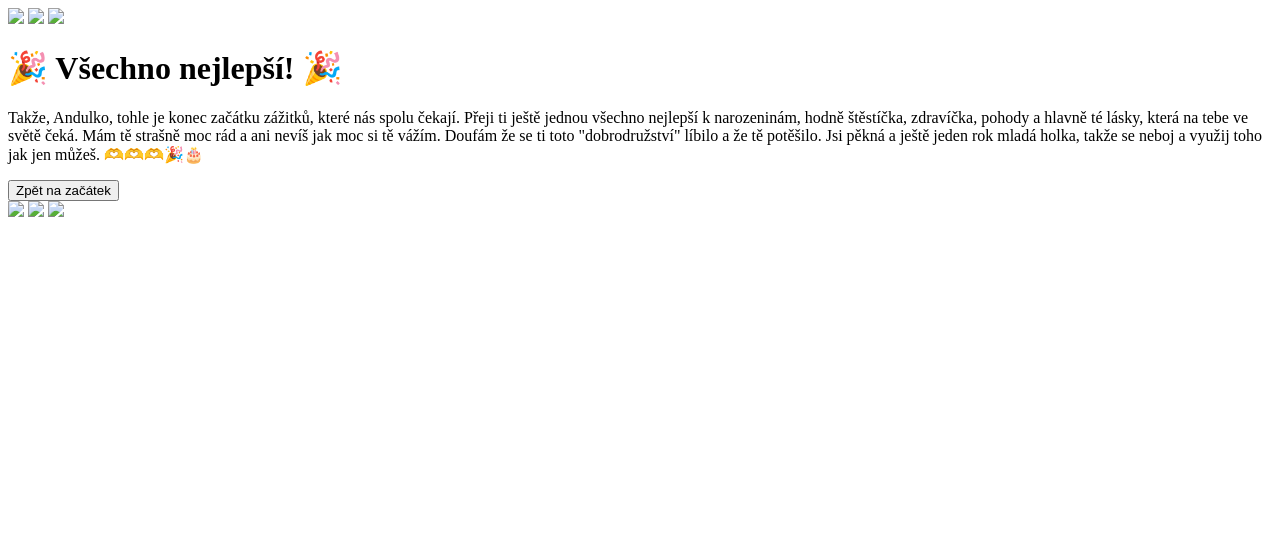
Repository: DanielMicka/darek
Page: html/pranicko.html
An editor plug-in stored every save of this project. The page is shown before and after the next save, followed by the edit.
The browser window is 1280 px wide. The pictures show the whole page.

Above is the page before, as saved 2026-06-13 21:20:02.
Not found: html/foto1.jpg
Not found: html/foto2.jpg
Not found: html/foto3.jpg

### html/pranicko.html
<div class="wish-layout">

    <div class="wish-column left-col">
        <img src="foto1.jpg" class="wish-photo">
        <img src="foto2.jpg" class="wish-photo">
        <img src="foto3.jpg" class="wish-photo">
    </div>

    <div class="wish-center">
        <h1>🎉 Všechno nejlepší! 🎉</h1>

        <p class="wish-text">
        Takže, Andulko, tohle je konec začátku zážitků, které nás spolu čekají. Přeji ti ještě jednou všechno nejlepší k narozeninám, hodně štěstíčka, zdravíčka, pohody a hlavně té lásky, která na tebe ve světě čeká. Mám tě strašně moc rád a ani nevíš jak moc si tě vážím. Doufám že se ti toto "dobrodružství" líbilo a že tě potěšilo. Jsi pěkná a ještě jeden rok mladá holka, takže se neboj a využij toho jak jen můžeš.
        🫶🫶🫶🎉🎂
        </p>

        <button class="btn" onclick="goHome()">Zpět na začátek</button>
    </div>

    <div class="wish-column right-col">
        <img src="foto4.jpg" class="wish-photo">
        <img src="foto5.jpg" class="wish-photo">
        <img src="foto6.jpg" class="wish-photo">
    </div>

</div>

### html/styles.css
/* Reset */
* {
    margin: 0;
    padding: 0;
    box-sizing: border-box;
}

body {
    font-family: "Poppins", sans-serif;
    background: white;
    color: #333;
    display: flex;
    justify-content: center;
    align-items: center;
    min-height: 100vh; /* vždy na střed */
    text-align: center;
    padding: 20px;
}

/* Kontejner pro obsah */
.container {
    max-width: 700px;
    width: 100%;
}

/* Obrázky */
img {
    max-width: 100%;
    height: auto;
}

/* Tlačítko */
.btn {
    margin-top: 35px;
    padding: 15px 35px;
    font-size: 1.2rem;
    border: none;
    border-radius: 30px;
    background: #4aa3ff;
    color: white;
    cursor: pointer;
    transition: 0.3s;
}

.btn:hover {
    background: #1f8bff;
    transform: scale(1.05);
}

/* Nadpisy */
h1 {
    font-size: 2.6rem;
    margin-bottom: 15px;
}

h2 {
    font-size: 2rem;
    margin-bottom: 15px;
}

/* Animace */
@keyframes fadeIn {
    from { opacity: 0; transform: translateY(20px); }
    to   { opacity: 1; transform: translateY(0); }
}

.fade {
    animation: fadeIn 1.2s ease;
}
.cake-wrapper {
    position: relative;
    display: inline-block;
}

.cake {
    width: 350px;
}

/* Všechny svíčky */
.candle {
    position: absolute;
    width: 80px; /* upravíš podle obrázku */
    cursor: pointer;
}
/* Svíčka 1 */
.c1 {
    top: 1%;
    left: 18%;
}

/* Svíčka 2 */
.c2 {
    top: 0%;
    left: 40%;
}

/* Svíčka 3 */
.c3 {
    top: 0.1%;
    left: 58%;
}

/* Svíčka 4 */
.c4 {
    top: 6%;
    left: 30%;
}

/* Svíčka 5 */
.c5 {
    top: 6%;
    left: 50%;
}

After the next save:
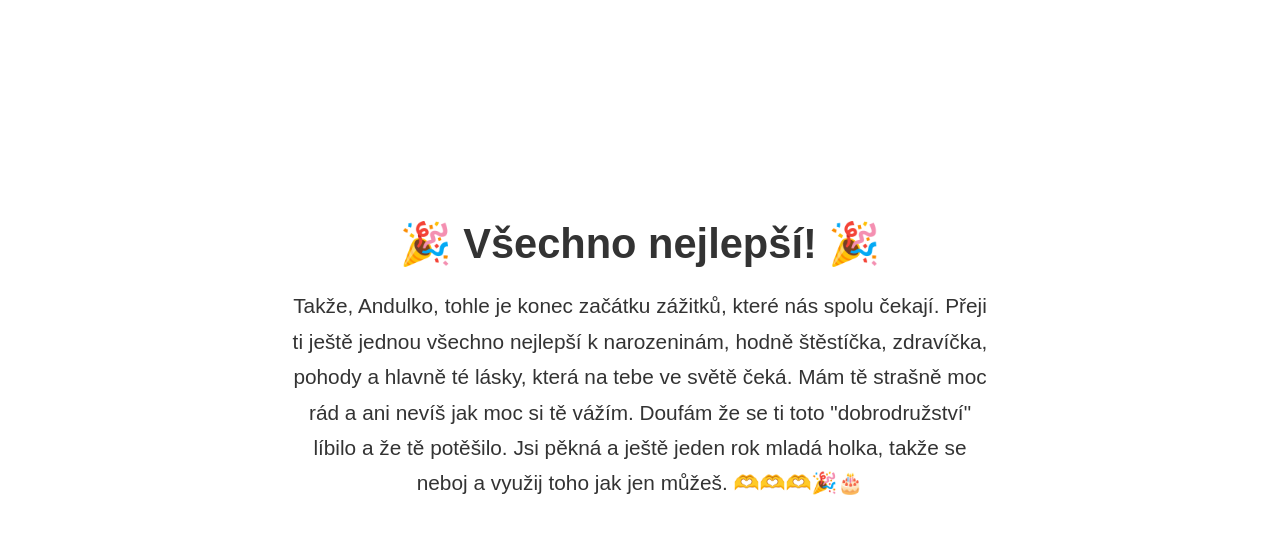
Saved 11 s later.
--- a/html/pranicko.html
+++ b/html/pranicko.html
@@ -1,26 +1,44 @@
-<div class="wish-layout">
+<!DOCTYPE html>
+<html lang="cs">
+<head>
+    <meta charset="UTF-8">
+    <title>Přáníčko 🎁</title>
+    <link rel="stylesheet" href="styles.css">
 
-    <div class="wish-column left-col">
-        <img src="foto1.jpg" class="wish-photo">
-        <img src="foto2.jpg" class="wish-photo">
-        <img src="foto3.jpg" class="wish-photo">
-    </div>
+    <style>
+        .wish-text {
+            font-size: 1.3rem;
+            line-height: 1.7;
+            margin-top: 20px;
+        }
 
-    <div class="wish-center">
-        <h1>🎉 Všechno nejlepší! 🎉</h1>
+        .wish-img {
+            width: 260px;
+            margin-top: 25px;
+            border-radius: 12px;
+        }
+    </style>
+</head>
+<body>
 
-        <p class="wish-text">
+<div class="container fade">
+
+    <h1>🎉 Všechno nejlepší! 🎉</h1>
+
+
+
+
+
+
+
+
+
+
+
+
+
+
+    <p class="wish-text">
         Takže, Andulko, tohle je konec začátku zážitků, které nás spolu čekají. Přeji ti ještě jednou všechno nejlepší k narozeninám, hodně štěstíčka, zdravíčka, pohody a hlavně té lásky, která na tebe ve světě čeká. Mám tě strašně moc rád a ani nevíš jak moc si tě vážím. Doufám že se ti toto "dobrodružství" líbilo a že tě potěšilo. Jsi pěkná a ještě jeden rok mladá holka, takže se neboj a využij toho jak jen můžeš.
         🫶🫶🫶🎉🎂
-        </p>
-
-        <button class="btn" onclick="goHome()">Zpět na začátek</button>
-    </div>
-
-    <div class="wish-column right-col">
-        <img src="foto4.jpg" class="wish-photo">
-        <img src="foto5.jpg" class="wish-photo">
-        <img src="foto6.jpg" class="wish-photo">
-    </div>
-
-</div>
+    </p>
